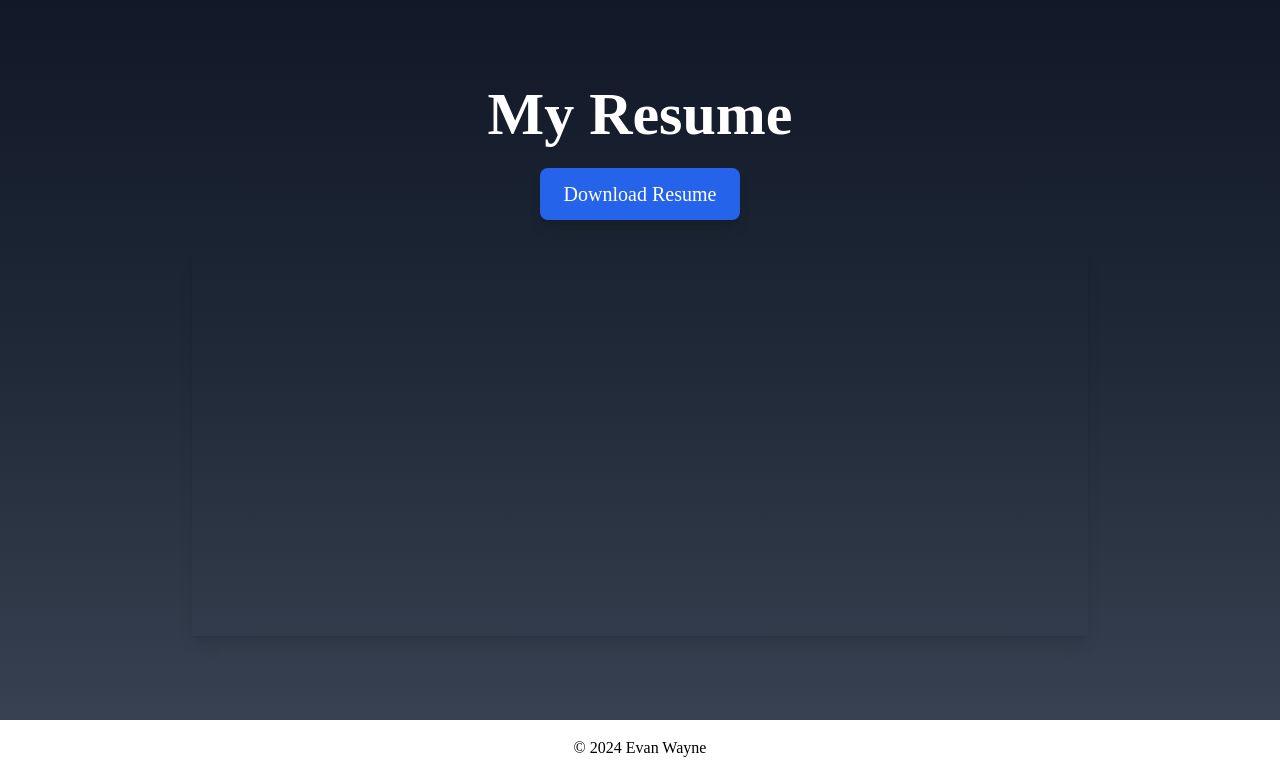
Repository: evnwyn/Evan-Wayne-s-Portfolio
Page: /resume
These files come from the project's save history. The page is drawn as it stood at one moment and after the next save; the edit follows.
The browser window is 1280 px wide. The pictures show the whole page.
The project was rebuilt for these pictures with package versions that can differ from the ones it lists, and the page was loaded fresh each time. The framework's server and built-in components were replaced by stand-ins that run in the browser. Also part of the build but not shown: next.config.js.

Above is the page before, as saved 2024-10-09 20:16:10.

### src/app/layout.tsx
// src/app/layout.tsx

import '~/styles/globals.css'; // Keep your global styles import
import { type Metadata } from 'next';
import { ReactNode } from 'react';

// Make sure this line is removed
// import NavBar from './NavBar';

export const metadata: Metadata = {
  title: 'Evan Wayne | Portfolio',
  description: 'This is my personal portfolio website',
  icons: [{ rel: 'icon', url: '/favicon.ico' }],
};

export default function RootLayout({ children }: { children: ReactNode }) {
  return (
    <html lang="en">
      <body className="min-h-screen flex flex-col">
        {/* Remove any reference to NavBar here */}
        <main className="flex-grow">{children}</main>
        <footer className="p-4 text-center">
          © {new Date().getFullYear()} Evan Wayne
        </footer>
      </body>
    </html>
  );
}

### src/app/resume/page.tsx
// app/resume/page.tsx

import React from 'react';

export default function Resume() {
  return (
    <div className="min-h-screen flex flex-col items-center justify-center p-8 bg-gradient-to-b from-gray-900 via-gray-800 to-gray-700">
      <h1 className="text-6xl font-bold text-white mb-6 transition-all duration-500 hover:text-gray-300">
        My Resume
      </h1>
      <a
        href="/Evan Wayne's Resume 09:10:2024.pdf" // Ensure this points to the correct resume file in the public folder
        download
        className="bg-blue-600 text-white text-xl px-6 py-3 rounded-lg shadow-lg transform hover:bg-blue-700 hover:scale-110 transition-transform duration-500 ease-out hover:shadow-xl"
      >
        Download Resume
      </a>
      <iframe
        src="/Evan Wayne's Resume 09:10:2024.pdf" // Embedding the resume for inline viewing
        className="mt-8 w-full max-w-4xl h-96 border-0 shadow-lg"
        title="Resume PDF"
      />
    </div>
  );
}

Loaded but not shown: src/styles/globals.css (common file); tailwind.config.ts (common file)

After the next save:
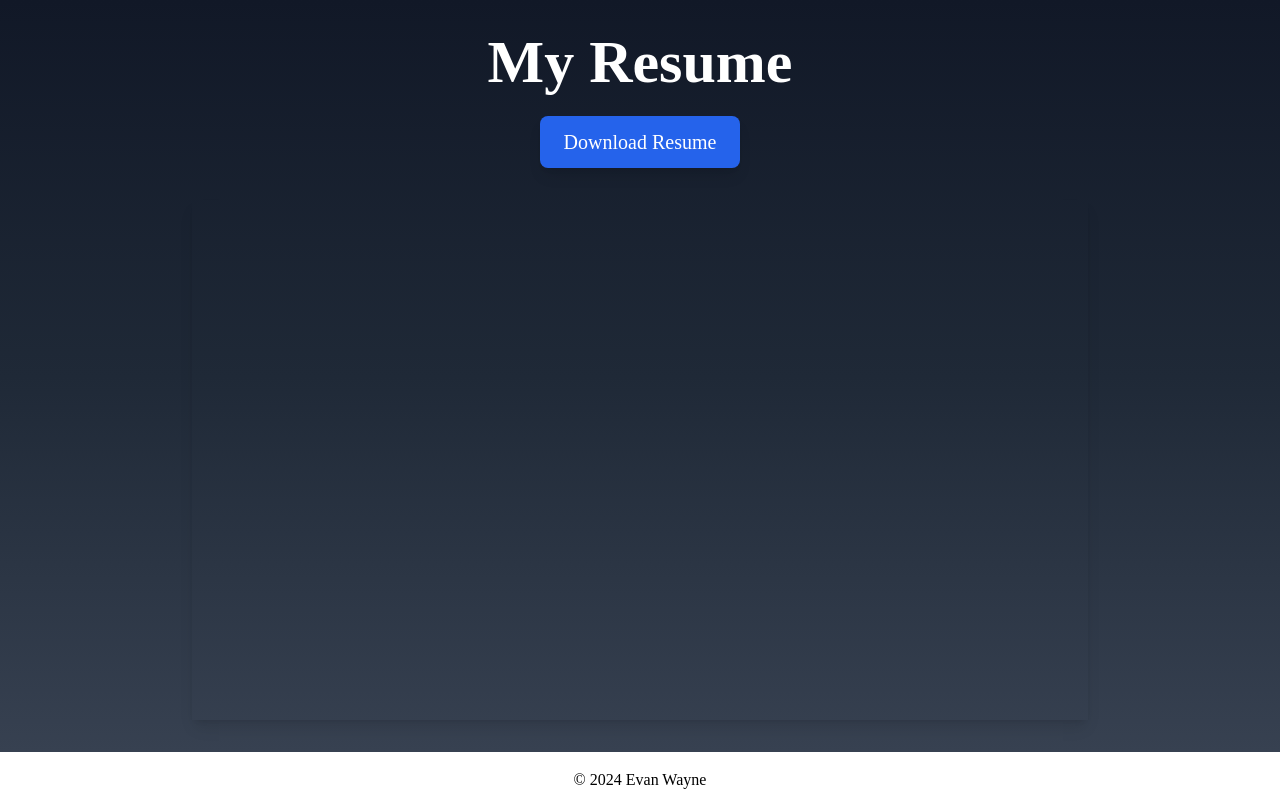
Saved 21 s later.
--- a/src/app/resume/page.tsx
+++ b/src/app/resume/page.tsx
@@ -17,7 +17,8 @@ export default function Resume() {
       </a>
       <iframe
         src="/Evan Wayne's Resume 09:10:2024.pdf" // Embedding the resume for inline viewing
-        className="mt-8 w-full max-w-4xl h-96 border-0 shadow-lg"
+        className="mt-8 w-full max-w-4xl h-full border-0 shadow-lg"
+        style={{ height: 'calc(100vh - 200px)' }} // Adjust height to fit full viewport minus some space for header and download button
         title="Resume PDF"
       />
     </div>
